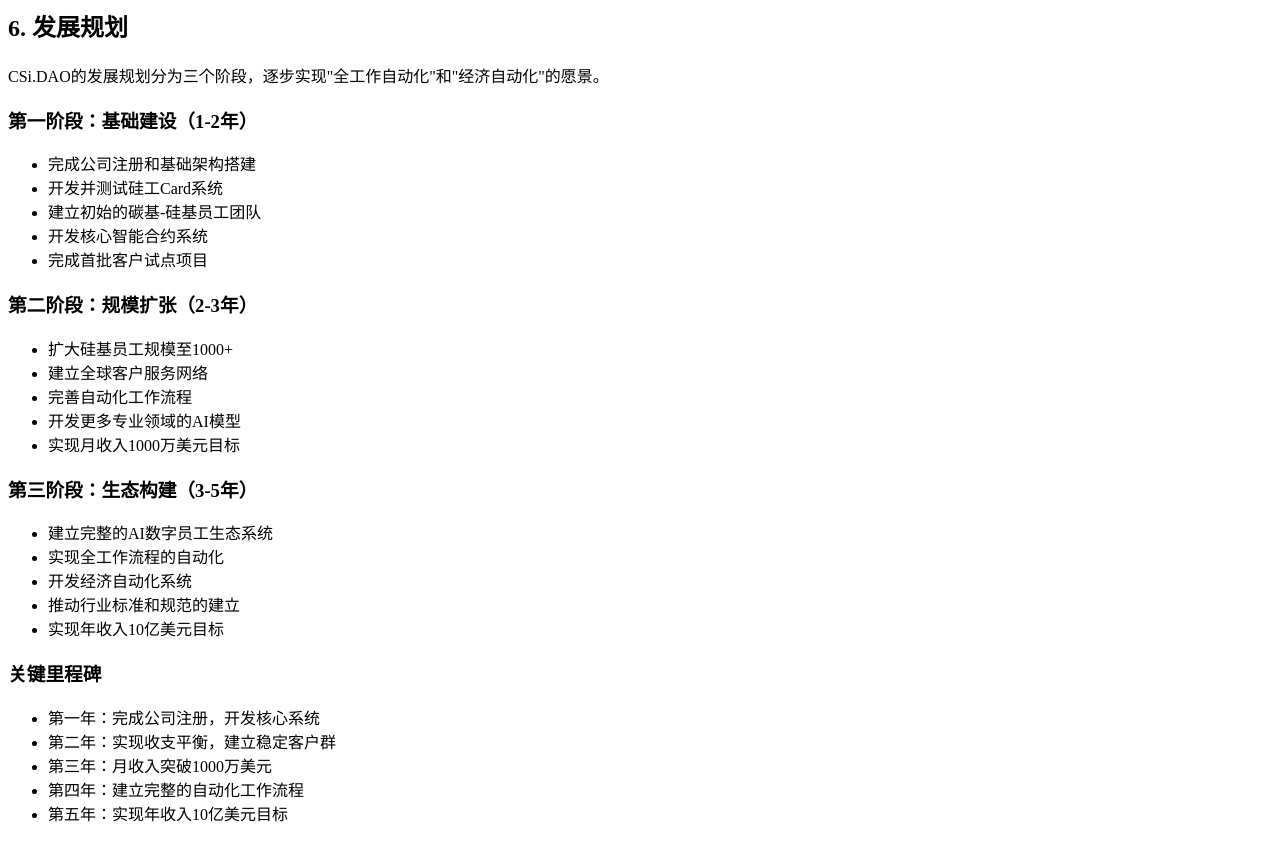
Repository: delez911/ainize
Page: static-site/src/components/development/development.html
These files come from the project's save history. The page is drawn as it stood at one moment and after the next save; the edit follows.
The browser window is 1280 px wide. The pictures show the whole page.

Above is the page before, as saved 2025-04-24 10:00:12.

### static-site/src/components/development/development.html
<section id="development" class="section">
  <div class="section-container">
    <h2 class="section-title">6. 发展规划</h2>
    <div class="content">
      <p>CSi.DAO的发展规划分为三个阶段，逐步实现"全工作自动化"和"经济自动化"的愿景。</p>

      <h3>第一阶段：基础建设（1-2年）</h3>
      <ul>
        <li>完成公司注册和基础架构搭建</li>
        <li>开发并测试硅工Card系统</li>
        <li>建立初始的碳基-硅基员工团队</li>
        <li>开发核心智能合约系统</li>
        <li>完成首批客户试点项目</li>
      </ul>

      <h3>第二阶段：规模扩张（2-3年）</h3>
      <ul>
        <li>扩大硅基员工规模至1000+</li>
        <li>建立全球客户服务网络</li>
        <li>完善自动化工作流程</li>
        <li>开发更多专业领域的AI模型</li>
        <li>实现月收入1000万美元目标</li>
      </ul>

      <h3>第三阶段：生态构建（3-5年）</h3>
      <ul>
        <li>建立完整的AI数字员工生态系统</li>
        <li>实现全工作流程的自动化</li>
        <li>开发经济自动化系统</li>
        <li>推动行业标准和规范的建立</li>
        <li>实现年收入10亿美元目标</li>
      </ul>

      <h3>关键里程碑</h3>
      <ul>
        <li>第一年：完成公司注册，开发核心系统</li>
        <li>第二年：实现收支平衡，建立稳定客户群</li>
        <li>第三年：月收入突破1000万美元</li>
        <li>第四年：建立完整的自动化工作流程</li>
        <li>第五年：实现年收入10亿美元目标</li>
      </ul>
    </div>
  </div>
</section>

After the next save:
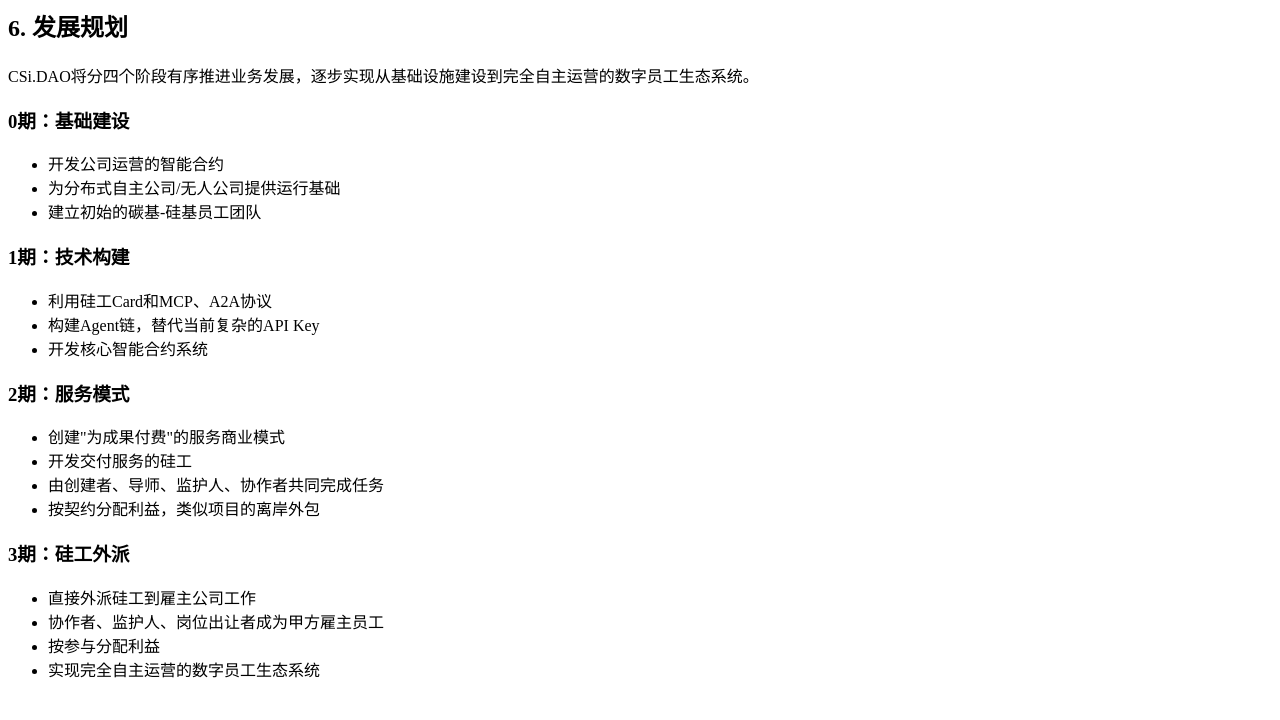
Saved 97 s later.
--- a/static-site/src/components/development/development.html
+++ b/static-site/src/components/development/development.html
@@ -2,42 +2,36 @@
   <div class="section-container">
     <h2 class="section-title">6. 发展规划</h2>
     <div class="content">
-      <p>CSi.DAO的发展规划分为三个阶段，逐步实现"全工作自动化"和"经济自动化"的愿景。</p>
+      <p>CSi.DAO将分四个阶段有序推进业务发展，逐步实现从基础设施建设到完全自主运营的数字员工生态系统。</p>
 
-      <h3>第一阶段：基础建设（1-2年）</h3>
+      <h3>0期：基础建设</h3>
       <ul>
-        <li>完成公司注册和基础架构搭建</li>
-        <li>开发并测试硅工Card系统</li>
+        <li>开发公司运营的智能合约</li>
+        <li>为分布式自主公司/无人公司提供运行基础</li>
         <li>建立初始的碳基-硅基员工团队</li>
-        <li>开发核心智能合约系统</li>
-        <li>完成首批客户试点项目</li>
       </ul>
 
-      <h3>第二阶段：规模扩张（2-3年）</h3>
+      <h3>1期：技术构建</h3>
       <ul>
-        <li>扩大硅基员工规模至1000+</li>
-        <li>建立全球客户服务网络</li>
-        <li>完善自动化工作流程</li>
-        <li>开发更多专业领域的AI模型</li>
-        <li>实现月收入1000万美元目标</li>
+        <li>利用硅工Card和MCP、A2A协议</li>
+        <li>构建Agent链，替代当前复杂的API Key</li>
+        <li>开发核心智能合约系统</li>
       </ul>
 
-      <h3>第三阶段：生态构建（3-5年）</h3>
+      <h3>2期：服务模式</h3>
       <ul>
-        <li>建立完整的AI数字员工生态系统</li>
-        <li>实现全工作流程的自动化</li>
-        <li>开发经济自动化系统</li>
-        <li>推动行业标准和规范的建立</li>
-        <li>实现年收入10亿美元目标</li>
+        <li>创建"为成果付费"的服务商业模式</li>
+        <li>开发交付服务的硅工</li>
+        <li>由创建者、导师、监护人、协作者共同完成任务</li>
+        <li>按契约分配利益，类似项目的离岸外包</li>
       </ul>
 
-      <h3>关键里程碑</h3>
+      <h3>3期：硅工外派</h3>
       <ul>
-        <li>第一年：完成公司注册，开发核心系统</li>
-        <li>第二年：实现收支平衡，建立稳定客户群</li>
-        <li>第三年：月收入突破1000万美元</li>
-        <li>第四年：建立完整的自动化工作流程</li>
-        <li>第五年：实现年收入10亿美元目标</li>
+        <li>直接外派硅工到雇主公司工作</li>
+        <li>协作者、监护人、岗位出让者成为甲方雇主员工</li>
+        <li>按参与分配利益</li>
+        <li>实现完全自主运营的数字员工生态系统</li>
       </ul>
     </div>
   </div>
